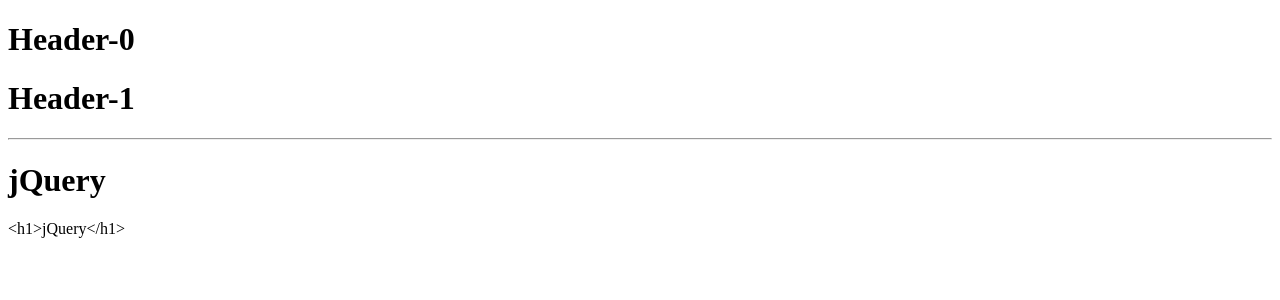
Repository: chlguswns1/web-practice
Page: jQuery/src/main/webapp/03_DOM_Operation.html
An editor plug-in stored every save of this project. The page is shown before and after the next save, followed by the edit.
The browser window is 1280 px wide. The pictures show the whole page.

Above is the page before, as saved 2023-03-09 08:43:36.

After the next save:
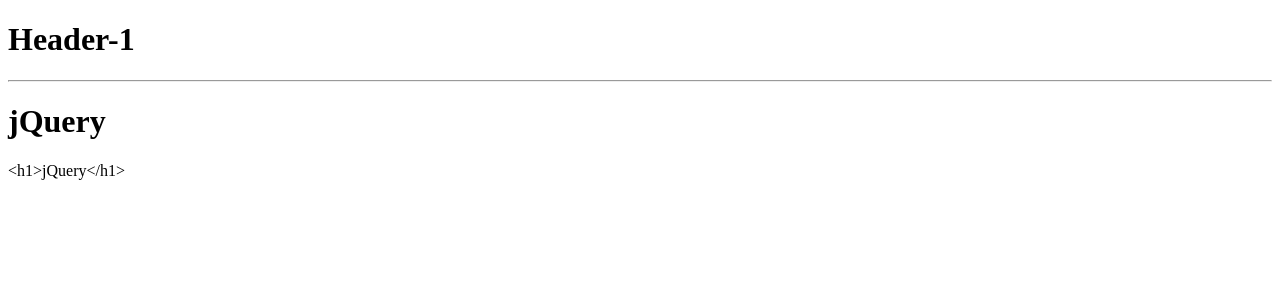
Saved 9 s later.
--- a/jQuery/src/main/webapp/03_DOM_Operation.html
+++ b/jQuery/src/main/webapp/03_DOM_Operation.html
@@ -158,7 +158,7 @@
 // 2) empty() : 특정 문서 객체의 후손을 모두 제거.
 
 	$(function() {
-		$('h1').first().remove
+		$('h1').first().remove();
 	})
 
 
